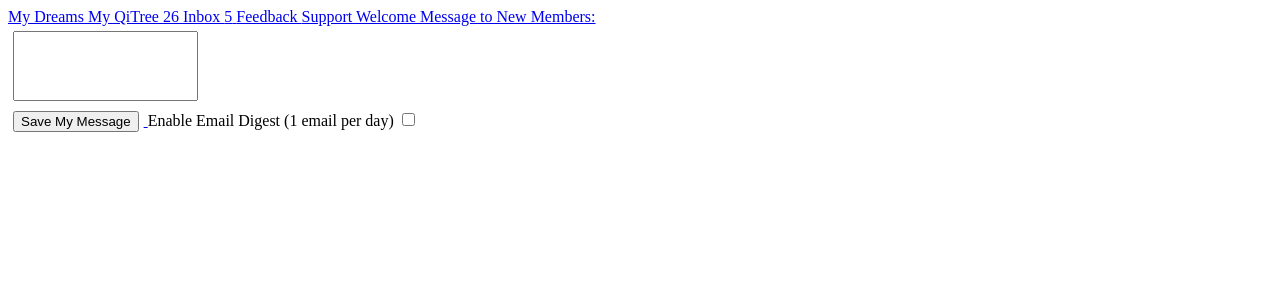
Repository: DevZubair/ionic-test
Page: www/templates/tab-account.html
The author's editor kept a record of every edit. The page is drawn from the files as they stood at one moment, then again after the next edit.
The browser window is 1280 px wide. The pictures show the whole page.

Above is the page before.

### www/templates/tab-account.html
<ion-view view-title="Account Settings">
  <ion-content>
    <div class="list list-inset">

      <!--
      <a class="item item-icon-left item-icon-right" ui-sref="members.boat">
        <i class="icon ion-chevron-left icon-accessory"></i>
        Build Your Boat
        <i class="icon ion-help-buoy"></i>
      </a>


      <a class="item item-icon-left item-icon-right item-remove-animate"  ui-sref="members.profile">
        <i class="icon ion-person"></i>
        My Profile
        <i class="icon ion-chevron-right icon-accessory"></i>
      </a>
      -->

      <a class="item item-icon-left item-icon-right" href="#">
        <i class="icon ion-cloud"></i>
        My Dreams
         <i class="icon ion-chevron-right icon-accessory"></i>
      </a>

      <a class="item item-icon-left item-icon-right" href="#">
        <i class="icon ion-leaf"></i>
        My QiTree
        <span class="badge badge-assertive">26</span>
         <i class="icon ion-chevron-right icon-accessory"></i>
      </a>

      <a class="item item-icon-left item-icon-right" href="#">
        <i class="icon ion-email"></i>
        Inbox
        <span class="badge badge-assertive">5</span>
         <i class="icon ion-chevron-right icon-accessory"></i>
      </a>

      <a class="item item-icon-left item-icon-right" href="#">
        <i class="icon ion-chatbubble-working"></i>
        Feedback
         <i class="icon ion-chevron-right icon-accessory"></i>
      </a>

      <a class="item item-icon-left item-icon-right" href="#">
        <i class="icon ion-alert-circled"></i>
        Support
         <i class="icon ion-chevron-right icon-accessory"></i>
      </a>

      <a class="item item-icon-left item-icon-right" href="#">
        <!-- <i class="icon ion-earth"></i> -->
        Welcome Message to New Members: <br>
        <input type="textbox" style="height:70px; margin:5px"><br>

          <!-- <ion-option-button class="button-balanced" ng-click="function()" style="margin:5px">
           Save My Message
         </ion-option-button >-->

        <!--



       <!-- <i class="icon ion-android-download"></i> -->

       <!--
                                    ++++++++++++++++++++++++++++++++++
                                    Zubair Comment:
                      The above ion-option-button directive is not used properly, so it is generating errors, thats why I have
                      commented it..! Instead of ion-option-button, use normal html5 button with ionic class
                                                +++++++++++++++++++++++++++++++++++    -->


<button class="button button-balanced" ng-click="" style="margin:5px">Save My Message</button>

      </a>
<!--
      <div class="itemS">
        <div width="40%">My Welcome Message </div>
            <div>
              <label class="item-input-wrapper">
                <input type="textbox" placeholder="Welcome to my team!" width="80%">
              </label>
              <button class="button button-small">
                Save
              </button>
            </div>

          </div>
        -->

        <ion-item class="item-toggle">
        Enable Email Digest (1 email per day)
        <label class="toggle toggle-balanced">
          <input type="checkbox" ng-model="settings.enableFriends">
          <div class="track">
            <div class="handle"></div>
          </div>
        </label>
      </ion-item>


    </div>
  <!--
    <ion-list>

      <ion-item icon="ion-person">My Profile</ion-item>

      <ion-item>b</ion-item>

      <ion-item>c</ion-item>

      <ion-item>d</ion-item>

      <ion-item>e</ion-item>

      <ion-item class="item-toggle">
        Enable Email Digest
        <label class="toggle">
          <input type="checkbox" ng-model="settings.enableFriends">
          <div class="track">
            <div class="handle"></div>
          </div>
        </label>
      </ion-item>

    </ion-list>
  -->
  </ion-content>
</ion-view>

After the next edit:
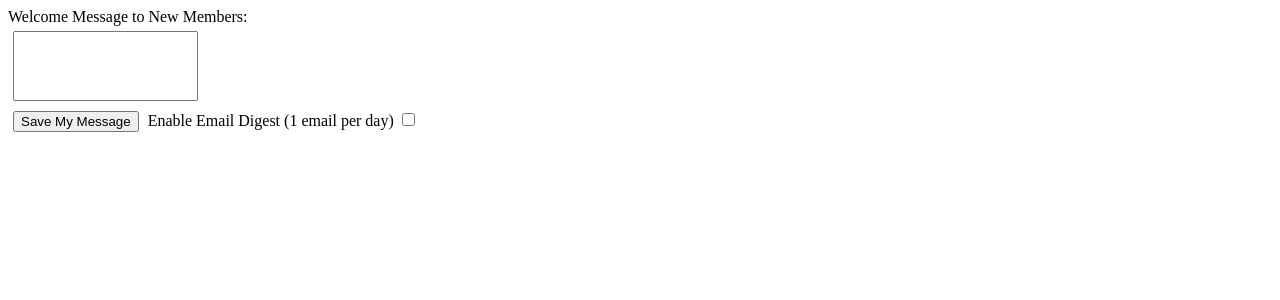
The edit:
--- a/www/templates/tab-account.html
+++ b/www/templates/tab-account.html
@@ -15,7 +15,7 @@
         My Profile
         <i class="icon ion-chevron-right icon-accessory"></i>
       </a>
-      -->
+
 
       <a class="item item-icon-left item-icon-right" href="#">
         <i class="icon ion-cloud"></i>
